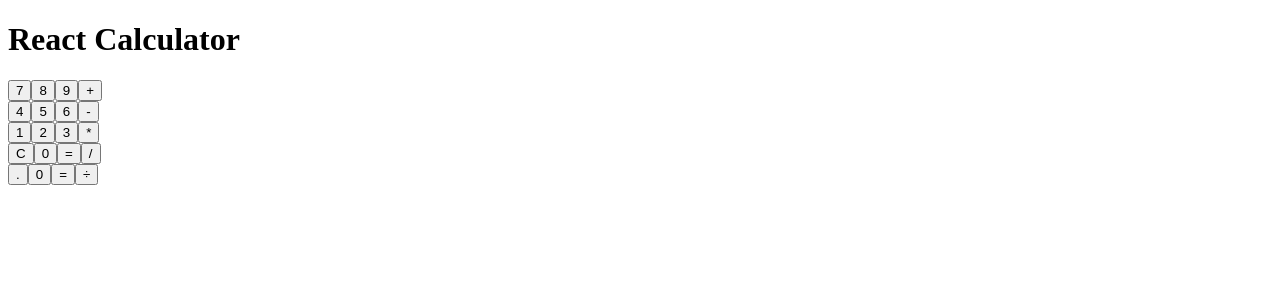
Repository: rajratangm/xcalculator
Page: /
These files come from the project's save history. The page is drawn as it stood at one moment and after a run of saves; the edit follows.
The browser window is 1280 px wide. The pictures show the whole page.
The project was rebuilt for these pictures with package versions that can differ from the ones it lists, and the page was loaded fresh each time. Also part of the build but not shown: vite.config.js.

Above is the page before, as saved 2024-04-02 18:24:25.

### src/App.jsx
import { useState } from 'react'

// import './App.css'
import Keyboard from './Component/Keyboard'

function App() {
  const [count, setCount] = useState(0)

  const clickedButton=(event)=>{
     setCount(event)

  }

  return (
    <>
    <h1>
      React Calculator
    </h1>
    <p></p>
    <Keyboard onClick={clickedButton}/>



    </>
  )
}

export default App

### src/Component/Keyboard.jsx
import React from 'react';


const Keyboard=()=>{

    return (
        <div>

           <button value="7" onClick={e =>  e.target.value}>7</button>
          <button value="8" onClick={e =>   e.target.value}>8</button>
          <button value="9" onClick={e =>   e.target.value}>9</button>
          <button value="+" onClick={e =>   e.target.value}>+</button><br/>



          <button value="4" onClick={e =>   e.target.value}>4</button>
          <button value="5" onClick={e =>   e.target.value}>5</button>
          <button value="6" onClick={e =>   e.target.value}>6</button>
          <button value="-" onClick={e =>   e.target.value}>-</button><br/>

          <button value="1" onClick={e =>   e.target.value}>1</button>
          <button value="2" onClick={e =>   e.target.value}>2</button>
          <button value="3" onClick={e =>   e.target.value}>3</button>
          <button value="*" onClick={e =>   e.target.value}>*</button><br/>




          <button value="C" onClick={e =>   e.target.value}>C</button>
          <button value="zero" onClick={e =>   e.target.value}>0</button>
          <button value="=" onClick={e =>   e.target.value}>=</button>
          <button value="/" onClick={e =>   e.target.value}>/</button><br/>









          <button value="." onClick={e =>   e.target.value}>.</button>
          <button value="0" onClick={e =>   e.target.value}>0</button>
          <button value="=" onClick={e =>   e.target.value}>=</button>
          <button value="/" onClick={e =>   e.target.value}>÷</button><br/>
        </div>
      )
}


export default Keyboard;

Loaded but not shown: index.html (common file); src/main.jsx (common file)

After the next 4 saves:
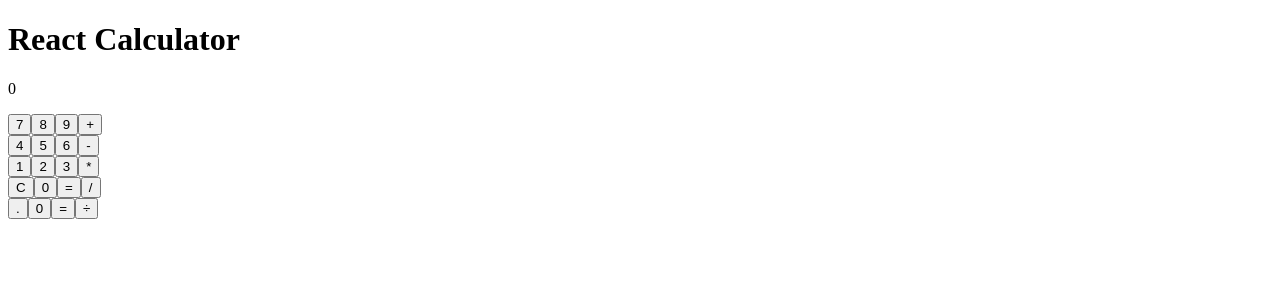
The 4 saves are shown as one change because they came seconds apart.
The last was saved 8 s later.
--- a/src/App.jsx
+++ b/src/App.jsx
@@ -16,7 +16,7 @@ function App() {
     <h1>
       React Calculator
     </h1>
-    <p></p>
+    <p>{count}</p>
     <Keyboard onClick={clickedButton}/>
 
 
